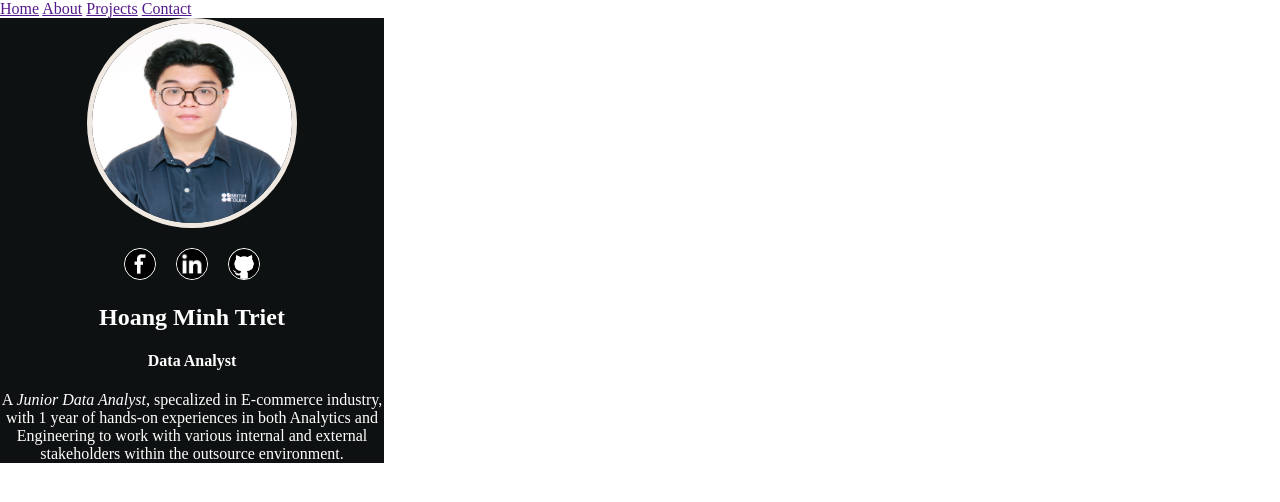
Repository: MinnTrit/personal_website
Page: http://localhost/
An editor plug-in stored every save of this project. The page is shown before and after the next save, followed by the edit.
The browser window is 1280 px wide. The pictures show the whole page.
The page is served by the project's application, run on Flask 3 (app.py).

Above is the page before, as saved 2025-01-29 09:35:05.

### templates/index.html
<!DOCTYPE html>
<html lang="en">
<head>
    <meta charset="UTF-8">
    <meta name="viewport" content="width=device-width, initial-scale=1.0">
    <link rel="stylesheet" href="{{ url_for('static', filename='css/styles.css') }}">
    <title>Data Engineer - Hoang Minh Triet</title>
</head>
<body>
    <header>
        <nav class="navbar">
            <a href="">Home</a>
            <a href="">About</a>
            <a href="">Projects</a>
            <a href="">Contact</a>
        </nav>
    </header>
    <main>
        <div class="picture">
            <img src="{{ url_for('static', filename='imgs/personal_image.jpg') }}" alt="personalImage">
            <div class="information">
                <a href="https://www.facebook.com/minhtriet05042003/" target="_blank">
                    <img class="facebook" src="{{ url_for('static', filename='imgs/facebook.jpg') }}" alt="facebook">
                </a>
                <a href="https://www.linkedin.com/in/minchit0504/" target="_blank">
                    <img class="linkedin" src="{{ url_for('static', filename='imgs/linkedin-logo.png') }}" alt="linkedin">
                </a>
                <a href="https://www.linkedin.com/in/minchit0504/" target="_blank">
                    <img class="github" src="{{ url_for('static', filename='imgs/github.png') }}" alt="github">
                </a>
            </div>
            <div class="pictureText">
                <h2>Hoang Minh Triet</h2>
                <h4>Data Analyst</h4>
                <p>A <em>Junior Data Analyst</em>, specalized in E-commerce industry, with 1 year of hands-on experiences in both Analytics and Engineering to work with various internal and external stakeholders within the outsource environment.</p>
            </div>
        </div>
    </main>
</body>
</html>

### app.py
from flask import Flask, request, render_template
app = Flask(__name__)
app.debug=True
#Initialize common variables
@app.route('/', methods=['GET', 'POST'])
def index():
    if request.method == 'GET':
        return render_template('index.html')

if __name__ == '__main__':
    app.run(host='0.0.0.0', port=5002, debug=True)

### static/css/styles.css
html, body {
    height: 100%;
    margin: 0;
    color: white;
}

.picture {
    background-color:#0e1111;
    width: 30%;
    height: 100%;
}

.picture img {
    display: block;
    width: 200px;
    height: 200px;
    margin-left: auto;
    margin-right: auto;
    border-radius: 50%;
    border: 5px solid;
    border-color:#efe9e2;
}

.picture .pictureText {
    text-align: center;
    transform: translateY(100%);
    opacity: 0;
    animation: slideInFromBottom 1s ease-in-out forwards;
}

@keyframes slideInFromBottom {
    0% {
        transform: translateY(100%);
        opacity: 0;
    }
    100% {
        transform: translateY(0);
        opacity: 1;
    }
}


.sections {
    display: flex;
    justify-content: right;
    position: absolute;
    top: 0;
    right: 0;
    background-color:#3b444b;
    width: 70%;
    height: 100%;
    gap: 50px;
}

.sections .h2 {
    display: inline-block;
}

.information {
    margin-top: 20px;
    display: flex;
    justify-content: center;
    gap: 20px;
}

.information img {
    width: 30px;
    height: 30px;
    display: inline-block;
    border: 1px solid;
    border-color: white;
}

.information img:hover {
    opacity:1.0;
}

After the next save:
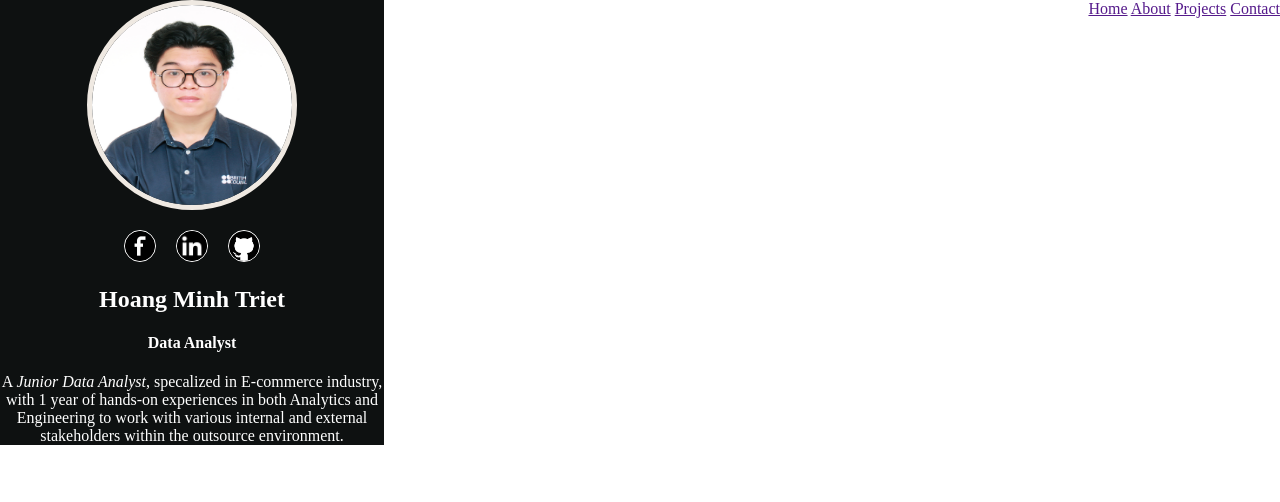
Saved 61 s later.
--- a/static/css/styles.css
+++ b/static/css/styles.css
@@ -1,3 +1,9 @@
+header {
+    position: fixed;
+    top: 0;
+    right: 0;
+}
+
 html, body {
     height: 100%;
     margin: 0;
